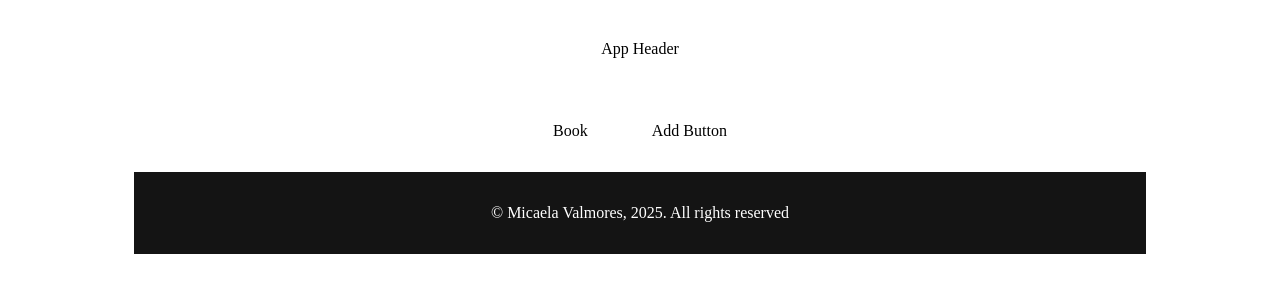
Repository: Micaelavalmores/COMP3170-Data-Fetching
Page: /
An editor plug-in stored every save of this project. The page is shown before and after the next save, followed by the edit.
The browser window is 1280 px wide. The pictures show the whole page.
The project was rebuilt for these pictures with package versions that can differ from the ones it lists, and the page was loaded fresh each time. Also part of the build but not shown: vite.config.js.

Above is the page before, as saved 2025-09-22 18:04:27.

After the next save:
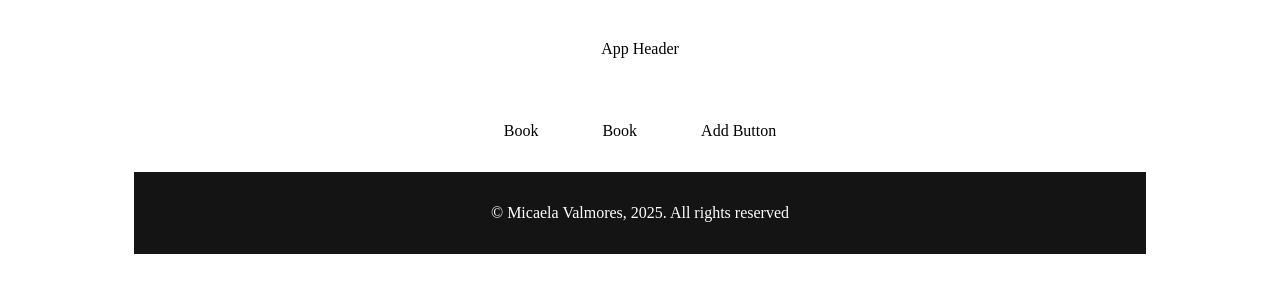
Saved 22 s later.
--- a/src/App.jsx
+++ b/src/App.jsx
@@ -14,6 +14,9 @@ function App () {
           <div className="Book">
             <Book />
           </div>
+          <div className="Book">
+            <Book />
+          </div>
           <div className="AddButton">
             <AddButton />
           </div>
